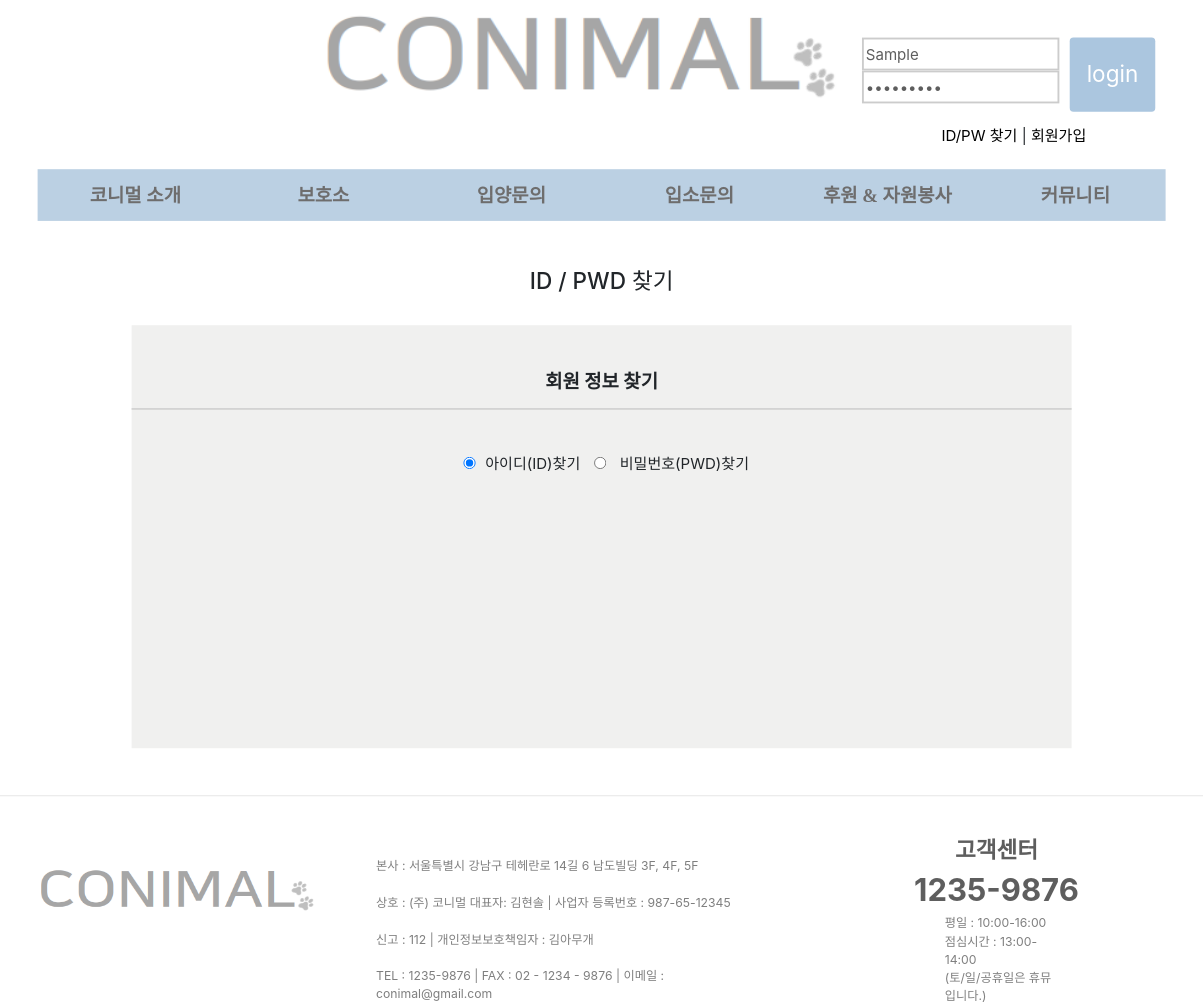
Repository: rlagusthf12/SemiProject
Page: http://localhost/conimal/views/member/searchIdPwdMainForm.jsp
These files come from the project's save history. The page is drawn as it stood at one moment and after the next save; the edit follows.
The browser window is 1280 px wide. The pictures show the whole page, at 94% of full size.
Empty fields were first filled with sample values (such as "Sample", 5 or name@example.com).
After loading, the first visible `#searchId` was clicked once.
The page is served by Tomcat 9. Nobody is signed in. The application's start-up code is not run.

Above is the page before, as saved 2021-05-31 09:14:01.

After the next save:
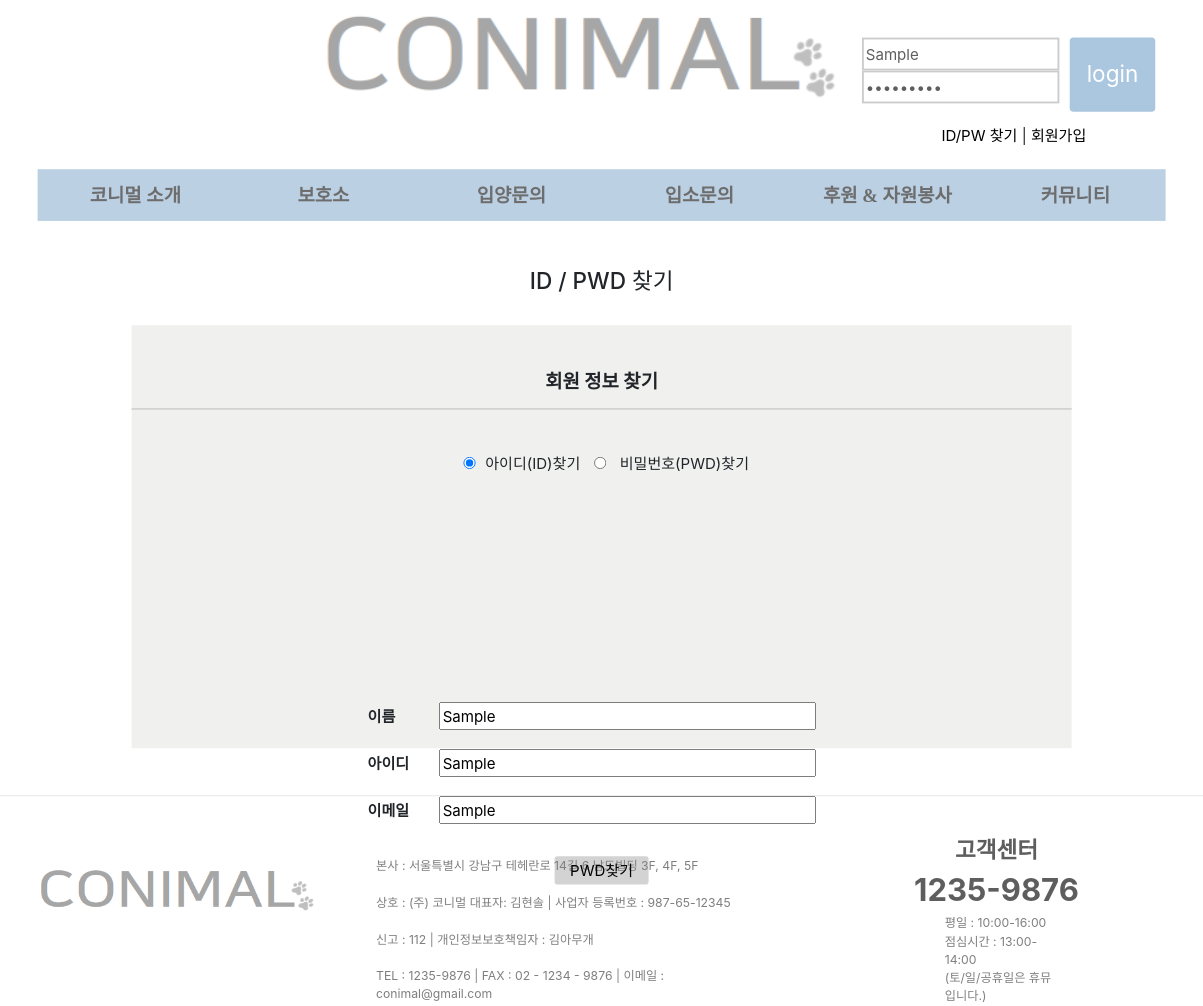
Console error: TypeError: Cannot read properties of undefined (reading 'visibility')
Saved 110 s later.
--- a/conimal/WebContent/views/member/searchIdPwdMainForm.jsp
+++ b/conimal/WebContent/views/member/searchIdPwdMainForm.jsp
@@ -92,7 +92,7 @@
 
                 	function showIdForm(){
                 		if($('input:radio[id=searchId]').is(':checked')){
-                			$("#searchIdFormT").show();
+                			$("#searchIdFormT").style.visibility("visible");
                 			$("#searchPwdFormT").hide();
                 			$("#comment").hide();
                 		}else if($('input:radio[id=searchPwd]').is(':checked')){

After the 2 saves that followed:
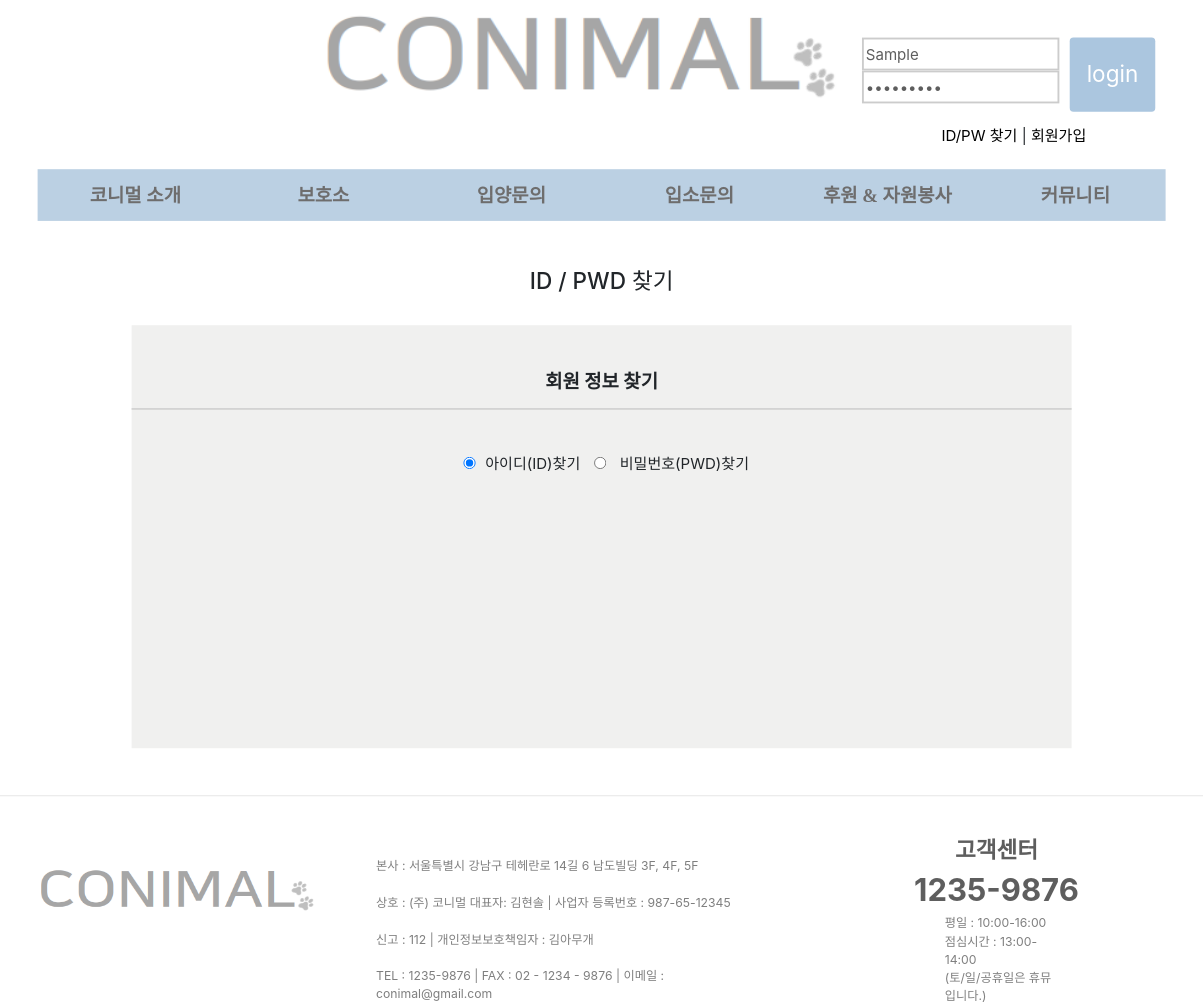
The error is gone.
The 2 saves are shown as one change because 1 left the picture as it was.
The last was saved 103 s later.
--- a/conimal/WebContent/views/member/searchIdPwdMainForm.jsp
+++ b/conimal/WebContent/views/member/searchIdPwdMainForm.jsp
@@ -92,7 +92,7 @@
 
                 	function showIdForm(){
                 		if($('input:radio[id=searchId]').is(':checked')){
-                			$("#searchIdFormT").style.visibility("visible");
+                			$("#searchIdFormT").show();
                 			$("#searchPwdFormT").hide();
                 			$("#comment").hide();
                 		}else if($('input:radio[id=searchPwd]').is(':checked')){
